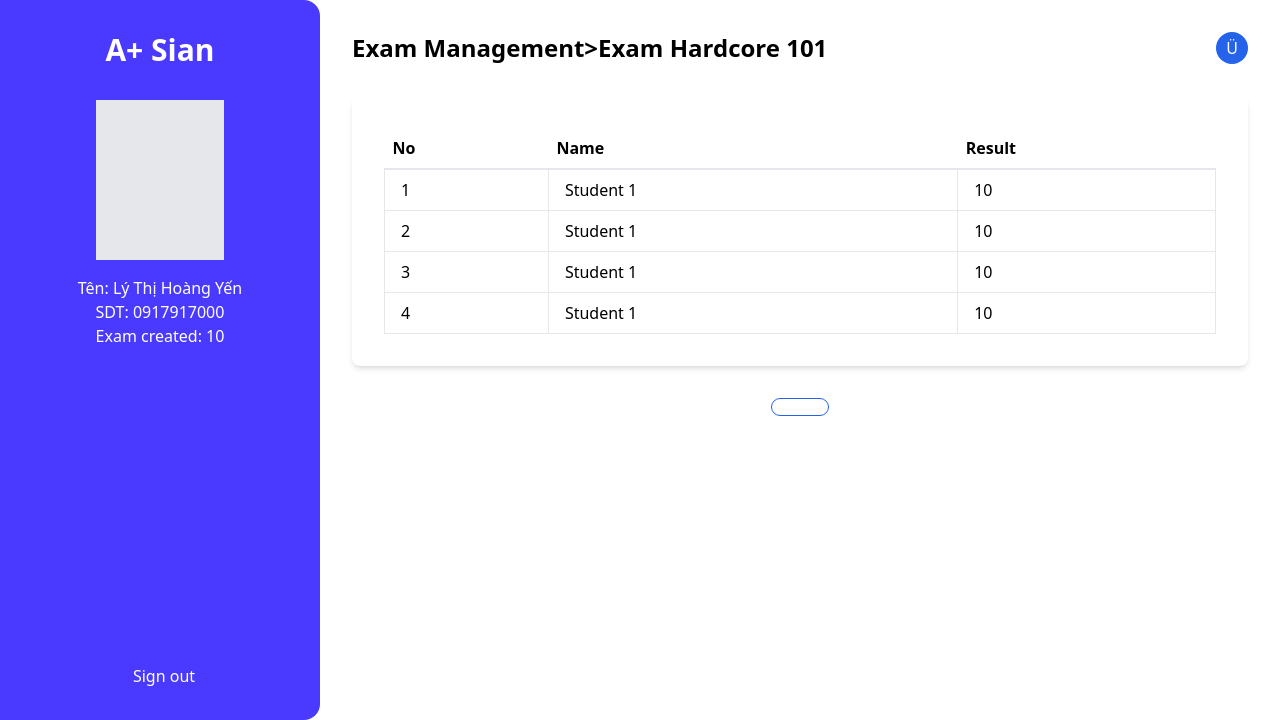
Repository: LyThiHoangYen/A_client
Page: / (app in online-exam-system-frontend/)
These files come from the project's save history. The page is drawn as it stood at one moment and after a run of saves; the edit follows.
The browser window is 1280 px wide. The pictures show the whole page.
The project was rebuilt for these pictures with package versions that can differ from the ones it lists, and the page was loaded fresh each time.

Above is the page before, as saved 2024-10-23 14:19:29.

### online-exam-system-frontend/src/App.js
import Sidebar from "./components/sideBar";
import ExamManagementDashBoard from "./pages/examManagementDashboard";
function App() {
  return (
    <div className="flex h-screen">
      <Sidebar />
      <ExamManagementDashBoard />
    </div>
  );
}

export default App;

### online-exam-system-frontend/src/components/sideBar.js
import UserProfile from "./userProfile";
function Sidebar () {
  return (
    <div className="bg-[#4a3aff] text-white w-1/4 p-8 flex flex-col items-center rounded-tr-2xl rounded-br-2xl">
      <div className="text-3xl font-bold mb-8">A+ Sian</div>
      <UserProfile
        name="Lý Thị Hoàng Yến"
        phone="0917917000"
        examsCreated={10}
      />
      <button className="mt-auto flex items-center text-white">
        <i className="fas fa-sign-out-alt mr-2"></i> Sign out
      </button>
    </div>
  );
  };

export default Sidebar;

### online-exam-system-frontend/src/pages/examManagementDashboard.js
import Header from "../components/header";
import ResultsTable from "../components/resultsTable";
import Button from "../components/Button";

function ExamManagementDashBoard () {
    const studentData = [
      { name: "Student 1", result: 10 },
      { name: "Student 1", result: 10 },
      { name: "Student 1", result: 10 },
      { name: "Student 1", result: 10 },
    ];

    return (
      <div className="flex-1 p-8">
        <Header />
        <ResultsTable students={studentData} />
        <Button />
      </div>
    );
  };

export default ExamManagementDashBoard;

### online-exam-system-frontend/src/components/userProfile.js
function UserProfile ({ name, phone, examsCreated }){
    return (
        <div className="text-center mb-8">
        <div className="bg-gray-200 w-32 h-40 mb-4 mx-auto"/>
        <p>Tên: {name}</p>
        <p>SDT: {phone}</p>
        <p>Exam created: {examsCreated}</p>
        </div>
    );
}

  export default UserProfile;

### online-exam-system-frontend/src/components/header.js
function Header () {
    return (
        <div className="flex justify-between items-center mb-8">
        <h1 className="text-2xl font-bold">Exam Management&gt;Exam Hardcore 101</h1>
        <div className="flex items-center space-x-4">
          <i className="fas fa-bell text-blue-600 text-xl"></i>
          <div className="bg-blue-600 text-white rounded-full w-8 h-8 flex items-center justify-center">
            Ü
          </div>
        </div>
      </div>
    );
  };

export default Header;

### online-exam-system-frontend/src/components/resultsTable.js
import StudentRow from "./studentRow";
function ResultsTable ({ students }) {
    return (
        <div className="bg-white p-8 rounded-lg shadow-md">
        <table className="w-full text-left">
            <thead>
            <tr>
                <th className="border-b-2 p-2">No</th>
                <th className="border-b-2 p-2">Name</th>
                <th className="border-b-2 p-2">Result</th>
            </tr>
            </thead>
            <tbody>
            {students.map((student, index) => (
                <StudentRow
                key={index + 1}
                number={index + 1}
                name={student.name}
                result={student.result}
                />
            ))}
            </tbody>
        </table>
        </div>
    );
};

export default ResultsTable;

### online-exam-system-frontend/src/components/button.js
function Button({ text }) {
  return (
    <div className="mt-8 flex justify-center">
    <button className="bg-white text-blue-600 border border-blue-600 rounded-full px-6 py-2 flex items-center">
      <i className="fas fa-arrow-left mr-2"></i> {text}
    </button>
  </div>
  );
}

export default Button;

### online-exam-system-frontend/src/components/studentRow.js
function StudentRow ({number, name, result}) {
    return (
        <tr>
            <td className="border px-4 py-2">{number}</td>
            <td className="border px-4 py-2">{name}</td>
            <td className="border px-4 py-2">{result}</td>
        </tr>
    );
}

export default StudentRow;

Loaded but not shown: online-exam-system-frontend/public/index.html (common file); online-exam-system-frontend/src/index.js (common file); online-exam-system-frontend/src/index.css (common file); online-exam-system-frontend/tailwind.config.js (common file)

After the next 2 saves:
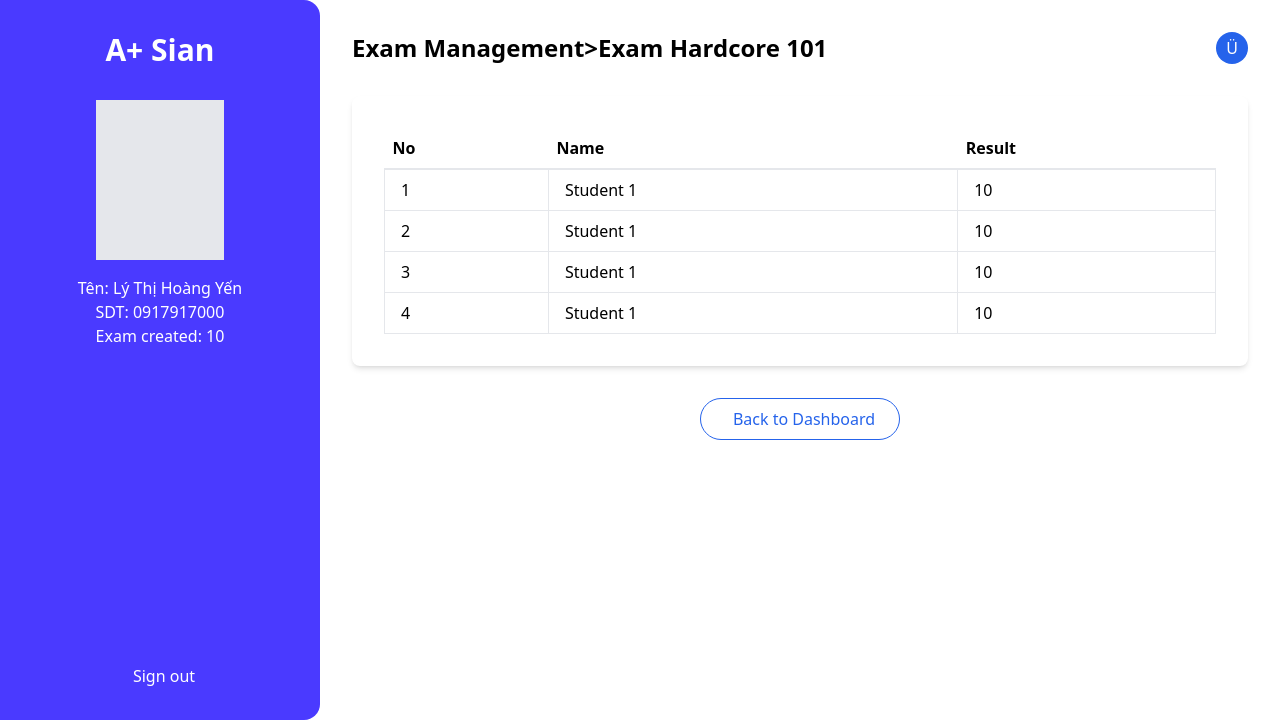
The 2 saves are shown as one change because they came seconds apart.
The last was saved 12 s later.
--- a/online-exam-system-frontend/src/pages/examManagementDashboard.js
+++ b/online-exam-system-frontend/src/pages/examManagementDashboard.js
@@ -14,7 +14,7 @@ function ExamManagementDashBoard () {
       <div className="flex-1 p-8">
         <Header />
         <ResultsTable students={studentData} />
-        <Button />
+        <Button text="Back to Dashboard" />
       </div>
     );
   };
